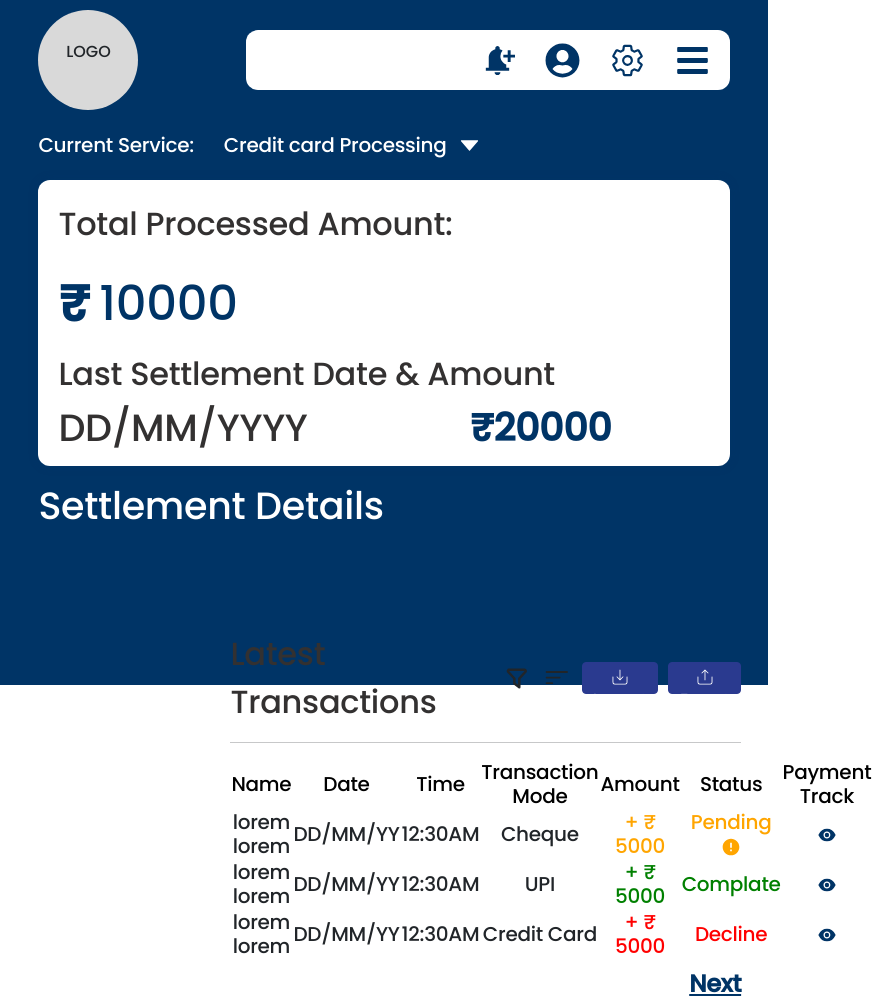
Repository: FlyweisReact/Prashant
Page: /dashboard
These files come from the project's save history. The page is drawn as it stood at one moment and after the next save; the edit follows.
The browser window is 768 px wide. The page is 872 px wide, so the pictures cover 872 px, including what lies to the right of the window. The pictures show the whole page.
Some web libraries are served in a nearby version. The project was rebuilt for these pictures with package versions that can differ from the ones it lists, and the page was loaded fresh each time. Also part of the build but not shown: src/Pages/CryptoPayment.jsx, src/Pages/CurrentCharge.jsx, src/Styles/Login.module.css, src/Components/Login/LoginFirstSection.jsx, src/Components/Login/LoginMainSection.jsx, src/Pages/Login.jsx, src/Pages/MatureFund.jsx, src/Pages/OpenBanking.jsx and 12 more.

Above is the page before, as saved 2023-03-23 18:32:12.

After the next save:
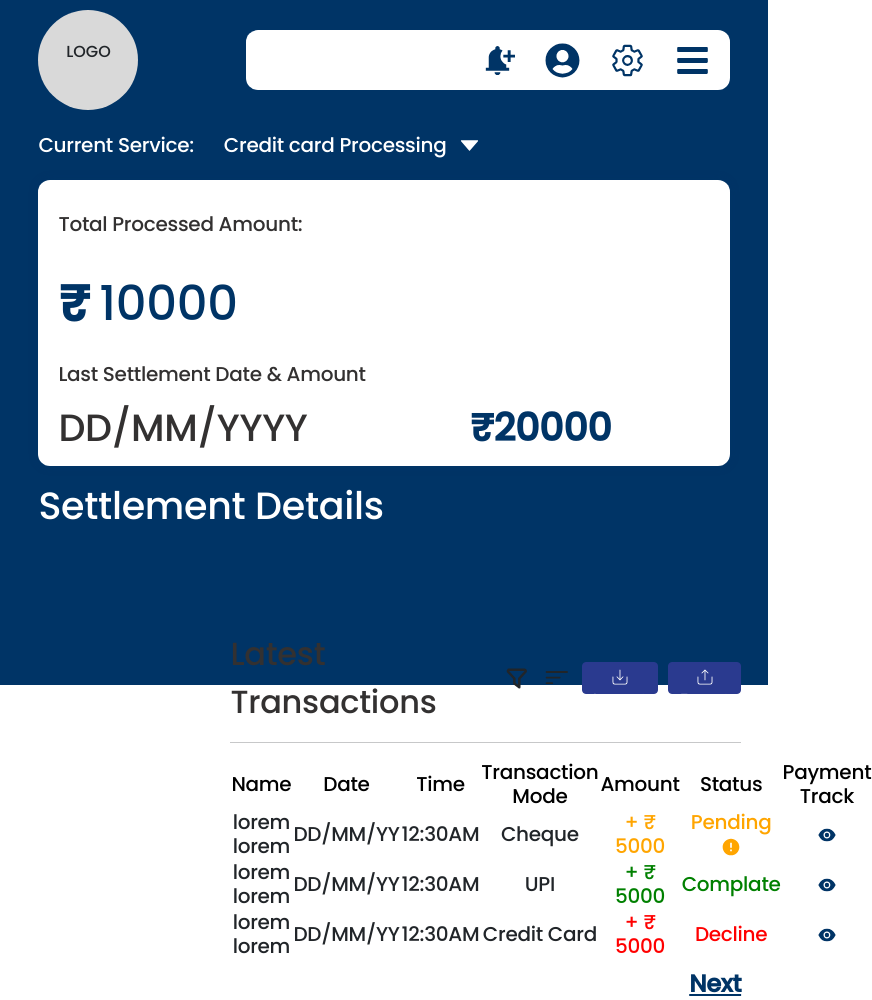
Saved 15 s later.
--- a/src/Styles/TotalAmountSection.module.css
+++ b/src/Styles/TotalAmountSection.module.css
@@ -81,5 +81,8 @@ color: #003466;
     .MainDiv{
         width: 100%;
     }
+    .MainDiv>h1{
+        font-size: 20px;
+    }
 
 }
